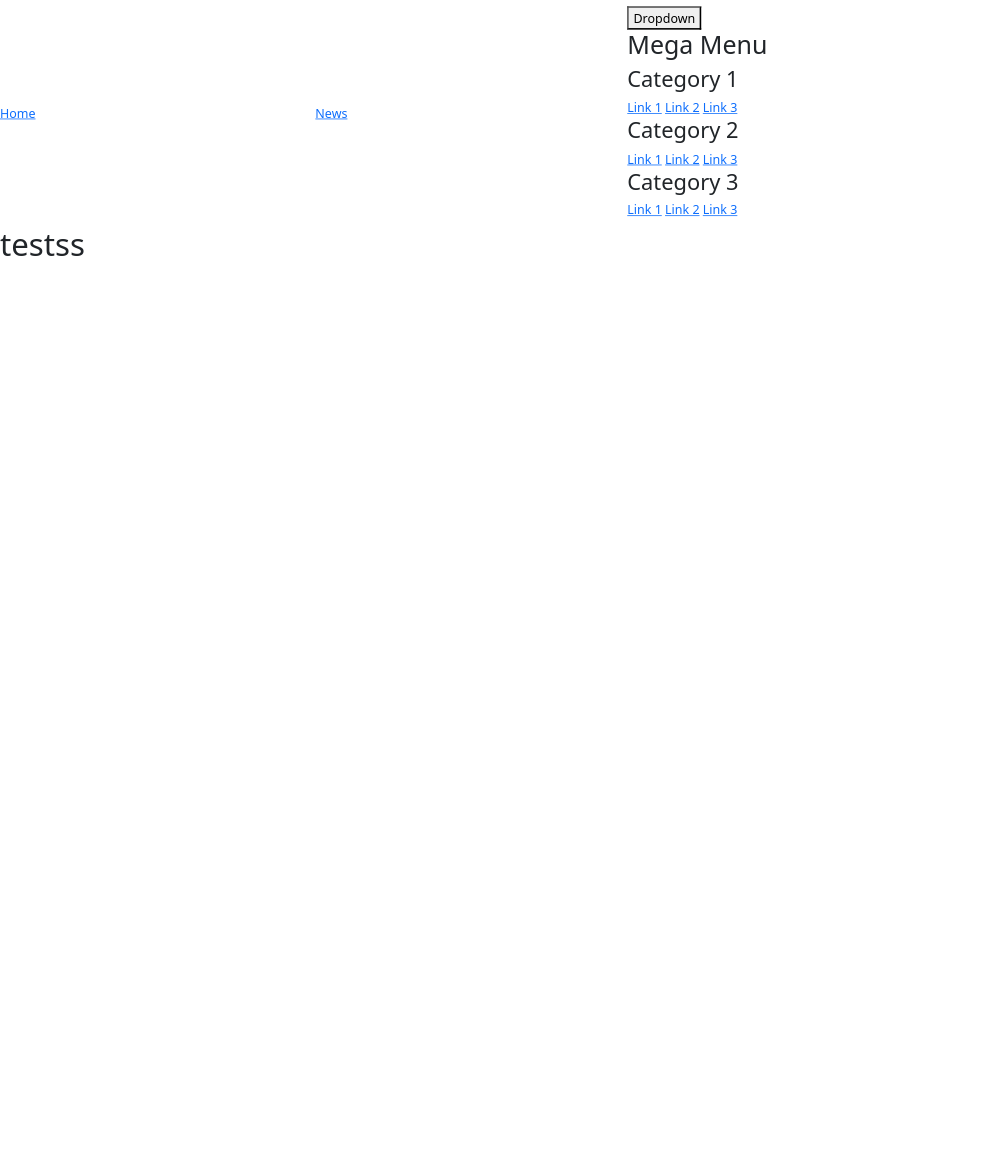
Repository: WaiMaungMaung/Mgr-site
Page: http://localhost/
The author's editor kept a copy of each file at every save. The page is drawn from the files as they stood at one save, then again after the next save.
The browser window is 1280 px wide. The page is 1292 px wide, then 1280 px, so the pictures cover 1292 px, including what lies to the right of the window. The pictures show the whole page, at 78% of full size.
The page is served by the project's Laravel application, run on PHP 8.4 with Laravel 9. Other server files are loaded and not shown.

Above is the page before, as saved 2022-04-06 09:36:41.

### resources/views/welcome.blade.php
@extends('layouts.app')
<div id="container">
    <div class="navbar">
        <a href="#home">Home</a>
        <a href="#news">News</a>
        <div class="dropdown">
            <button class="dropbtn">Dropdown
                <i class="fa fa-caret-down"></i>
            </button>
            <div class="dropdown-content">
                <div class="header">
                    <h2>Mega Menu</h2>
                </div>
                <div class="row">
                    <div class="column">
                        <h3>Category 1</h3>
                        <a href="#">Link 1</a>
                        <a href="#">Link 2</a>
                        <a href="#">Link 3</a>
                    </div>
                    <div class="column">
                        <h3>Category 2</h3>
                        <a href="#">Link 1</a>
                        <a href="#">Link 2</a>
                        <a href="#">Link 3</a>
                    </div>
                    <div class="column">
                        <h3>Category 3</h3>
                        <a href="#">Link 1</a>
                        <a href="#">Link 2</a>
                        <a href="#">Link 3</a>
                    </div>
                </div>
            </div>
        </div>
    </div>
    </ul>


</div>

### resources/views/layouts/app.blade.php
<!doctype html>
<html lang="en">

<head>
    <!-- Required meta tags -->
    <meta charset="utf-8">
    <meta name="viewport" content="width=device-width, initial-scale=1">

    <!-- Bootstrap CSS -->


    <link href="https://cdn.jsdelivr.net/npm/bootstrap@5.1.3/dist/css/bootstrap.min.css" rel="stylesheet"
        integrity="sha384-1BmE4kWBq78iYhFldvKuhfTAU6auU8tT94WrHftjDbrCEXSU1oBoqyl2QvZ6jIW3" crossorigin="anonymous">

    <title>Hello, world!</title>
    <style type="text/css">
        body {
            height: 1500px;
        }

        .home {
            background: #800201;
            padding-top: 20px;
            color: white;
        }

        .sub-nav {
            color: rgb(194, 178, 178);

        }

        .sub-nav:hover {
            color: rgb(255, 255, 255);
        }

    </style>
</head>

<body>
    <h1>testss</h1>
    <!-- Optional JavaScript; choose one of the two! -->

    <!-- Option 1: Bootstrap Bundle with Popper -->
    <script src="https://cdn.jsdelivr.net/npm/bootstrap@5.1.3/dist/js/bootstrap.bundle.min.js"
        integrity="sha384-ka7Sk0Gln4gmtz2MlQnikT1wXgYsOg+OMhuP+IlRH9sENBO0LRn5q+8nbTov4+1p" crossorigin="anonymous">
    </script>

    <!-- Option 2: Separate Popper and Bootstrap JS -->
    <!--
    <script src="https://cdn.jsdelivr.net/npm/@popperjs/core@2.10.2/dist/umd/popper.min.js"
        integrity="sha384-7+zCNj/IqJ95wo16oMtfsKbZ9ccEh31eOz1HGyDuCQ6wgnyJNSYdrPa03rtR1zdB" crossorigin="anonymous">
    </script>
    <script src="https://cdn.jsdelivr.net/npm/bootstrap@5.1.3/dist/js/bootstrap.min.js"
        integrity="sha384-QJHtvGhmr9XOIpI6YVutG+2QOK9T+ZnN4kzFN1RtK3zEFEIsxhlmWl5/YESvpZ13" crossorigin="anonymous">
    </script>
    -->
    @yield('content')
</body>

</html>

Loaded but not shown: routes/web.php (common file)

After the next save:
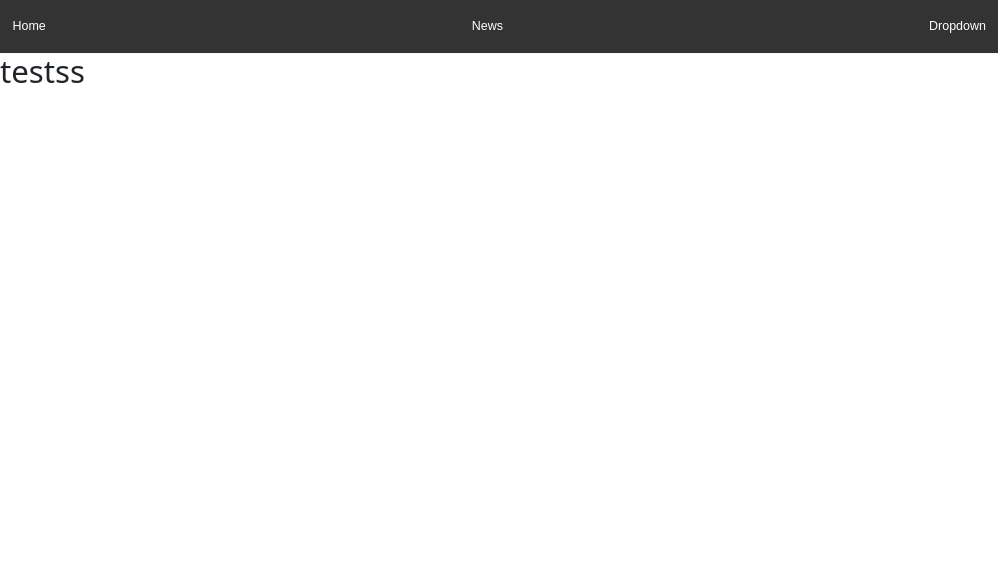
Saved 29 s later.
--- a/resources/views/layouts/app.blade.php
+++ b/resources/views/layouts/app.blade.php
@@ -14,23 +14,100 @@
 
     <title>Hello, world!</title>
     <style type="text/css">
-        body {
-            height: 1500px;
+        .navbar {
+            overflow: hidden;
+            background-color: #333;
+            font-family: Arial;
         }
 
-        .home {
-            background: #800201;
-            padding-top: 20px;
+        /* Links inside the navbar */
+        .navbar a {
+            float: left;
+            font-size: 16px;
+            color: white;
+            text-align: center;
+            padding: 14px 16px;
+            text-decoration: none;
+        }
+
+        /* The dropdown container */
+        .dropdown {
+            float: left;
+            overflow: hidden;
+        }
+
+        /* Dropdown button */
+        .dropdown .dropbtn {
+            font-size: 16px;
+            border: none;
+            outline: none;
+            color: white;
+            padding: 14px 16px;
+            background-color: inherit;
+            font: inherit;
+            /* Important for vertical align on mobile phones */
+            margin: 0;
+            /* Important for vertical align on mobile phones */
+        }
+
+        /* Add a red background color to navbar links on hover */
+        .navbar a:hover,
+        .dropdown:hover .dropbtn {
+            background-color: red;
+        }
+
+        /* Dropdown content (hidden by default) */
+        .dropdown-content {
+            display: none;
+            position: absolute;
+            background-color: #f9f9f9;
+            width: 100%;
+            left: 0;
+            box-shadow: 0px 8px 16px 0px rgba(0, 0, 0, 0.2);
+            z-index: 1;
+        }
+
+        /* Mega Menu header, if needed */
+        .dropdown-content .header {
+            background: red;
+            padding: 16px;
             color: white;
         }
 
-        .sub-nav {
-            color: rgb(194, 178, 178);
-
+        /* Show the dropdown menu on hover */
+        .dropdown:hover .dropdown-content {
+            display: block;
         }
 
-        .sub-nav:hover {
-            color: rgb(255, 255, 255);
+        /* Create three equal columns that floats next to each other */
+        .column {
+            float: left;
+            width: 33.33%;
+            padding: 10px;
+            background-color: #ccc;
+            height: 250px;
+        }
+
+        /* Style links inside the columns */
+        .column a {
+            float: none;
+            color: black;
+            padding: 16px;
+            text-decoration: none;
+            display: block;
+            text-align: left;
+        }
+
+        /* Add a background color on hover */
+        .column a:hover {
+            background-color: #ddd;
+        }
+
+        /* Clear floats after the columns */
+        .row:after {
+            content: "";
+            display: table;
+            clear: both;
         }
 
     </style>
